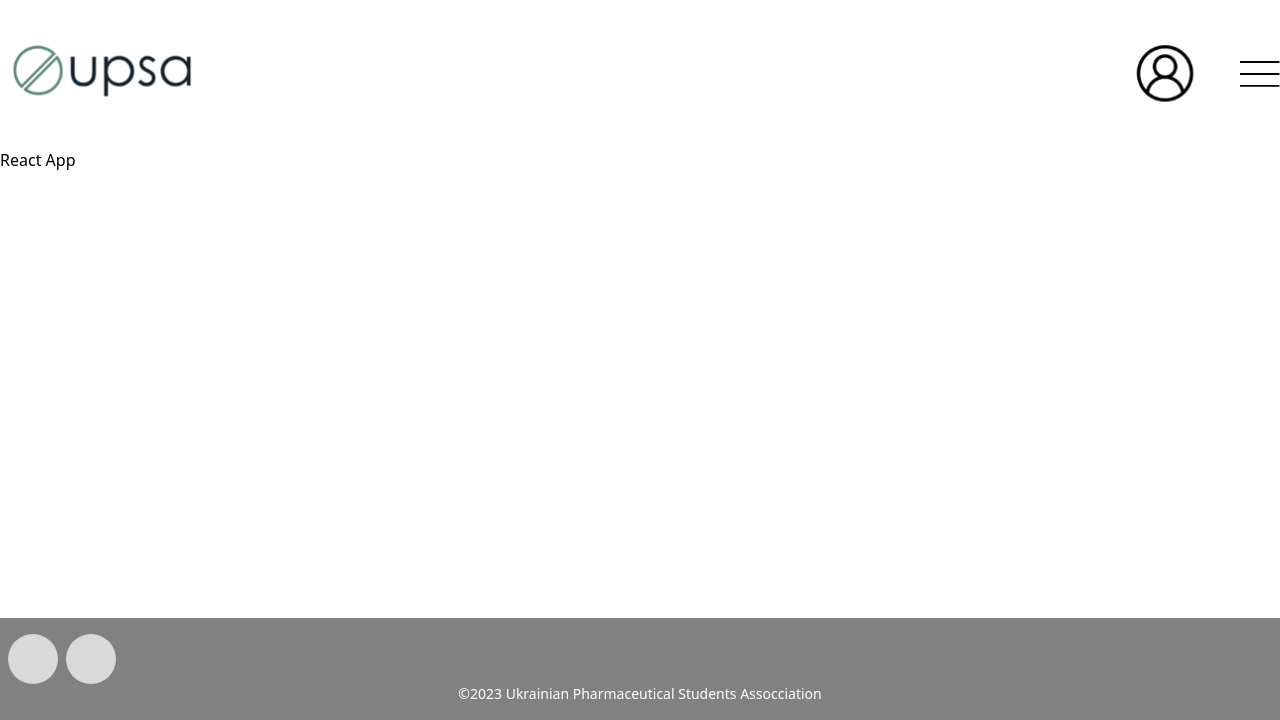
Repository: Alina-Khmilevska/UPSA-React
Page: /
These files come from the project's save history. The page is drawn as it stood at one moment and after the next save; the edit follows.
The browser window is 1280 px wide. The pictures show the whole page.
The project was rebuilt for these pictures with package versions that can differ from the ones it lists, and the page was loaded fresh each time. Also part of the build but not shown: src/components/header/menu/burgermenu/Menu.css.

Above is the page before, as saved 2023-09-26 16:31:16.

After the next save:
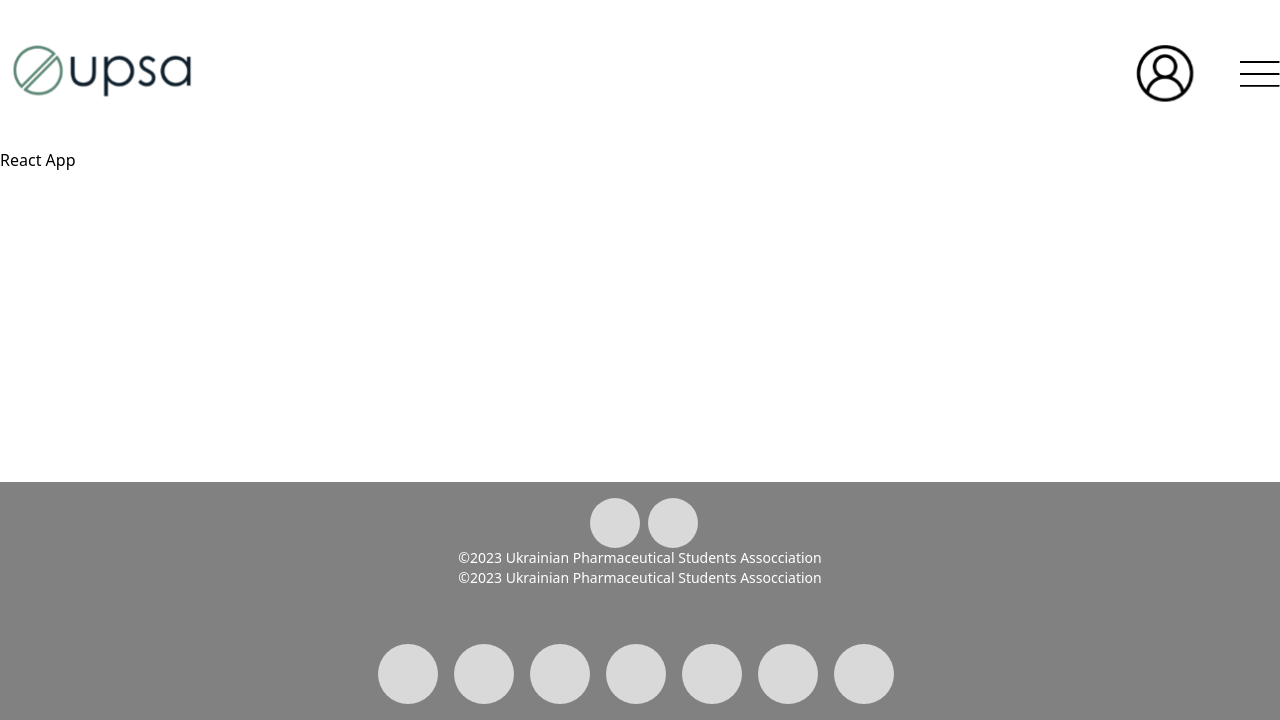
Saved 40 s later.
--- a/src/components/footer/Footer.jsx
+++ b/src/components/footer/Footer.jsx
@@ -1,16 +1,25 @@
 import React from "react";
 import LanguageIcons from "../shared/icons/LanguageIcons";
+import SocialIcons from "../shared/icons/SocialIcons";
 
 const Footer = () => {
   return (
     <footer className="upsa-bg-grey text-white py-4">
       <div className="flex-row justify-between items-center">
+        <div className="flex flex-col justify-center items-center">
         <LanguageIcons />
 
       <p className="text-center text-sm">
             &copy;{new Date().getFullYear()} Ukrainian Pharmaceutical Students Assocciation
           </p>
         </div>
+        <div className="flex flex-col justify-center items-center">
+            <p className="text-center text-sm">
+                &copy;{new Date().getFullYear()} Ukrainian Pharmaceutical Students Assocciation
+            </p>
+            <SocialIcons />
+        </div>
+        </div>
     </footer>
   );
 };
